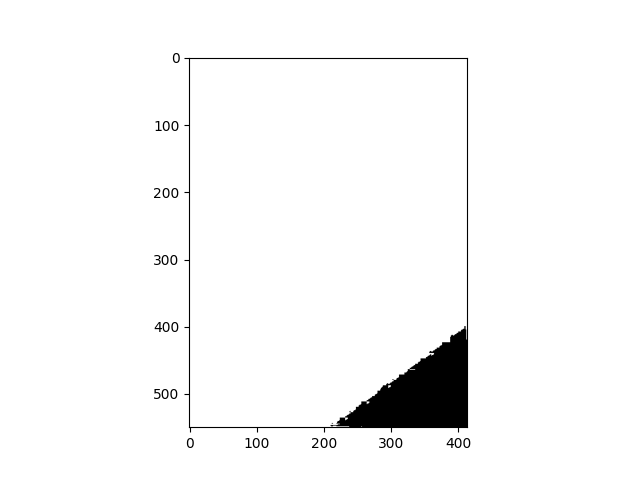
Repository: simonnchong/Computer_Vision
Script's output: python Thresholding.py
An editor plug-in stored every save of this project. The script's output is shown before and after a run of saves, followed by the edit.
Random numbers start from a fixed seed. It also reads DATA/rainbow.jpg.

Above is the script's output before, as saved 2024-02-06 16:09:12.

### Thresholding.py
import cv2
import matplotlib.pyplot as plt

img = cv2.imread("DATA/rainbow.jpg", 0)

# plt.imshow(img, cmap="gray")

ret, thresh1 = cv2.threshold(img, 100, 255, cv2.THRESH_BINARY)
print(ret)

plt.imshow(thresh1, cmap="gray")
plt.show()

After the next 2 saves:
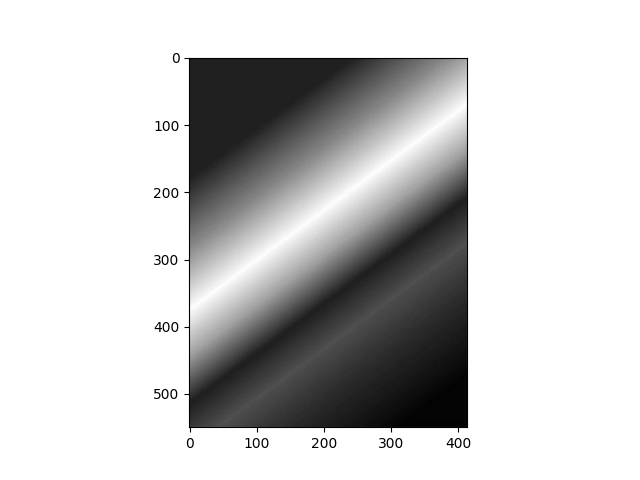
The 2 saves are shown as one change because they came seconds apart.
The last was saved 5 s later.
--- a/Thresholding.py
+++ b/Thresholding.py
@@ -3,10 +3,10 @@
 
 img = cv2.imread("DATA/rainbow.jpg", 0)
 
-# plt.imshow(img, cmap="gray")
+plt.imshow(img, cmap="gray")
 
 ret, thresh1 = cv2.threshold(img, 100, 255, cv2.THRESH_BINARY)
 print(ret)
 
-plt.imshow(thresh1, cmap="gray")
+# plt.imshow(thresh1, cmap="gray")
 plt.show()

After the save that followed:
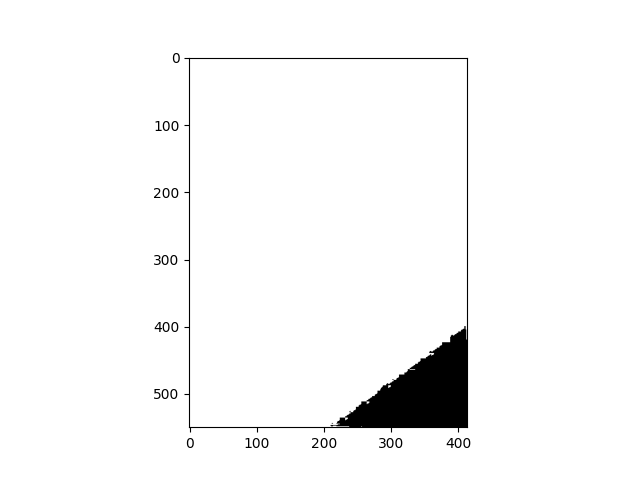
Saved 71 s later.
--- a/Thresholding.py
+++ b/Thresholding.py
@@ -8,5 +8,5 @@
 ret, thresh1 = cv2.threshold(img, 100, 255, cv2.THRESH_BINARY)
 print(ret)
 
-# plt.imshow(thresh1, cmap="gray")
+plt.imshow(thresh1, cmap="gray")
 plt.show()
